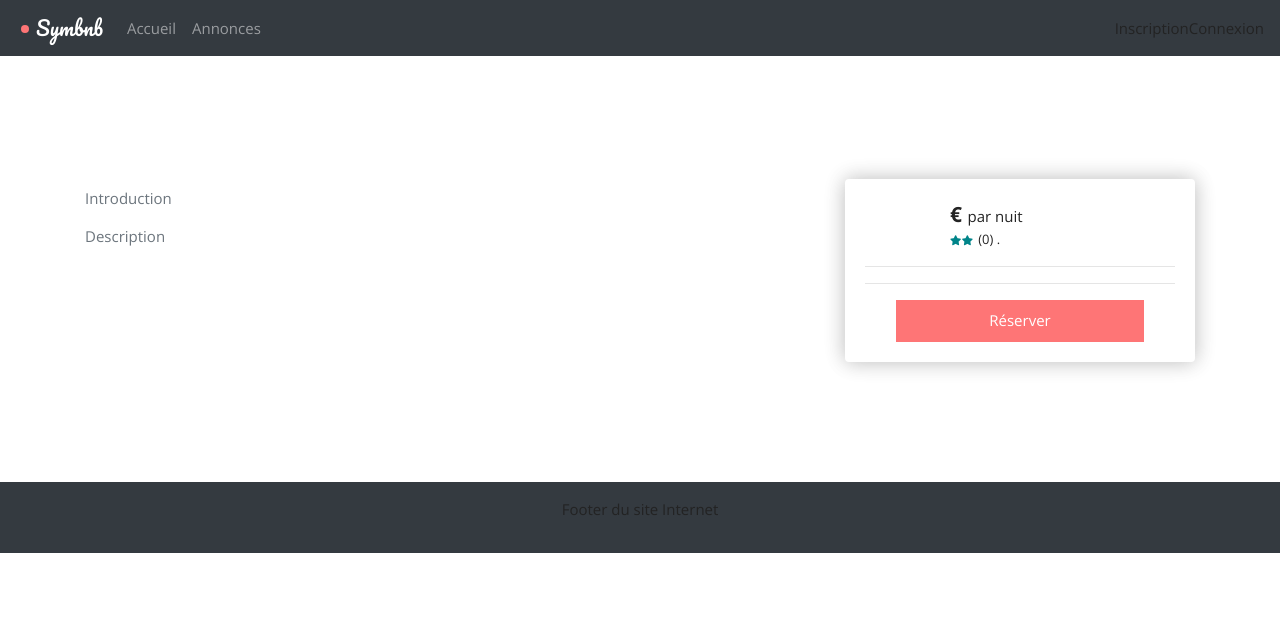
Repository: buzzEclair/symbnb
Page: templates/ad/show.html.twig
These files come from the project's save history. The page is drawn as it stood at one moment and after the next save; the edit follows.
The browser window is 1280 px wide. The pictures show the whole page.
The page is a Twig template of a Symfony application; nobody is signed in and links lead nowhere. The template is opened directly, without the code that normally fills it, so the values that code supplies are empty.

Above is the page before, as saved 2019-03-15 13:36:19.

### templates/ad/show.html.twig
{% extends 'base.html.twig' %}

{% block title %}{{ad.title}}{% endblock %}

{% block body %}

<div class="container">
    <div class="row">
        <div class="col-12 img-ad">
            <img src="{{ad.coverImage}}" alt="{{ad.slug}}">
        </div>
    </div>
    <div class="row ad-content">
        <div class="col-8 ad-info">
           <h5>{{ad.place}}</h5>
           <h4>{{ad.title}}</h4>
           <h6>{{ad.city}}</h6>
           <p class="text-muted">Introduction</p>
           <p>{{ad.content | raw}}</p>
           <p class="text-muted">Description</p>
           <p>{{ad.content | raw}}</p>
        </div>
        <div class="col-4">
            <div class="card card-booking">
                <div class="card-body">
                    <div class="row">
                        <div class="col-3 align-self-center">
                            <img class="img-ad-user" src="{{ad.author.picture}}" alt="">
                        </div>
                        <div class="col-8">
                            <div class="row">
                                <div class="col-12">
                                    <span class="price-booking">{{ad.price}}&euro; </span>par nuit
                                </div>
                            </div>
                            <a href="{{path('user_show', {'slug' : ad.author.slug})}}">
                                <div class="row">
                                    <div class="col-12 card-booking-stars">

                                        <span class="param-booking-stars">
                                            {% for i in 1..ad.avgRatings %}
                                                <i class="fas fa-star"></i>
                                            {% endfor %}

                                        </span>
                                        <span class="card-parameter-vote">({{ ad.comments | length }})</span> . <span class="card-parameter-rank">{{ad.author.slug}}</span>
                                    </div>
                                </div>
                            </a>
                        </div>
                    </div>
                    <hr />
                    <p>{{ad.author.description}}</p>
                    <hr/>
                    <div class="row">
                        <div class="col-12 center-block" align="center">

                            <a href="{{ path('booking_create', {'slug' : ad.slug}) }}" class="btn-booking">Réserver</a>
                        </div>
                    </div>
                </div>
            </div>
            <div id="carouselExampleIndicators" class="carousel slide w-100" data-ride="carousel">
                    <ol class="carousel-indicators">
                        {% for image in ad.images %}
                         <li data-target="#carouselExampleIndicators" data-slide-to="{{ loop.index0 }}" {% if loop.first %}class="active"{% endif %}></li>
                        {% endfor %}
                    </ol>
                    <div class="carousel-inner">
                        {% for image in ad.images %}
                            <div class="carousel-item {% if loop.first %}active{% endif %}">
                                <img class="d-block w-100" src="{{ image.url }}" alt="First slide">
                                <div class="carousel-caption d-none d-md-block">
                                    <h5>{{ ad.title }}</h5>
                                    <p>{{ image.caption }}</p>
                                </div>
                            </div>
                        {% endfor %}
                    </div>
                    <a class="carousel-control-prev" href="#carouselExampleIndicators" role="button" data-slide="prev">
                        <span class="carousel-control-prev-icon" aria-hidden="true"></span>
                        <span class="sr-only">Previous</span>
                    </a>
                    <a class="carousel-control-next" href="#carouselExampleIndicators" role="button" data-slide="next">
                        <span class="carousel-control-next-icon" aria-hidden="true"></span>
                        <span class="sr-only">Next</span>
                    </a>
            </div>
        </div>
    </div>

    <br>


    {% for comments in comment %}
        <div class="media media-comment">
            <img class="mr-3 rounded-circle" src="{{comments.author.picture}}" alt="{comments.author.slug}}">
            <div class="media-body">
                <h5 class="mt-0">{{comments.author.firstName}} a laissé un commentaire le {{comments.createdAt|date("m/d/Y")}} et une note de {% for i in 1..comments.rating %}
                        <i class="fas fa-star"></i>
                    {% endfor %}</h5>
                {{comments.content}}
            </div>
        </div>
    {% endfor %}

</div>



{% endblock %}

### templates/base.html.twig
<!DOCTYPE html>
<html>
    <head>
        <meta charset="UTF-8">
        <title>{% block title %}Welcome!{% endblock %}</title>
        <link rel="stylesheet" href="/css/bootstrap.min.css">
        <link rel="stylesheet" href="https://use.fontawesome.com/releases/v5.7.2/css/all.css" integrity="sha384-fnmOCqbTlWIlj8LyTjo7mOUStjsKC4pOpQbqyi7RrhN7udi9RwhKkMHpvLbHG9Sr" crossorigin="anonymous">
        <link href="https://fonts.googleapis.com/css?family=Open+Sans:400,600,700" rel="stylesheet">
        <link href="https://fonts.googleapis.com/css?family=Pacifico" rel="stylesheet">

        <link rel="stylesheet" href="/css/base.css">
        {% block stylesheets %}{% endblock %}
    </head>
    <body>

        {% include 'partials/header.html.twig' %}


        {% block body %}{% endblock %}
        {% include 'partials/footer.html.twig' %}
        <script src="/js/jquery.min.js"></script>
        <script src="/js/popper.min.js"></script>
        <script src="/js/bootstrap.min.js"></script>
        {% block javascripts %}{% endblock %}
    </body>
</html>

### templates/partials/header.html.twig
<nav class="navbar navbar-expand-md navbar-dark bg-dark">
    <a class="navbar-brand logo" href="{{path('homepage')}}"><span class="round-logo"></span>Symbnb</a>


    {% if is_granted('ROLE_ADMIN') %}
    <a href="{{path('admin_dashboard')}}">Dashboard</a>
    {% endif %}
    <button class="navbar-toggler" type="button" data-toggle="collapse" data-target="#navbarColor01" aria-controls="navbarColor01" aria-expanded="false" aria-label="Toggle navigation">
        <span class="navbar-toggler-icon"></span>
    </button>

    <div class="collapse navbar-collapse" id="navbarColor01">
        <ul class="navbar-nav mr-auto">
            <li class="">
                <a class="nav-link" href="{{path('homepage')}}">Accueil </a>
            </li>
            <li class="">
                <a class="nav-link" href="{{path('ads_index')}}">Annonces </a>
            </li>
        </ul>

        <ul class="navbar-nav ml-auto">
            {% if app.user %}
            <div class="dropdown">
                <button class="btn btn-dark dropdown-toggle btn-sm" type="button" id="dropdownMenuButton" data-toggle="dropdown" aria-haspopup="true" aria-expanded="false">
                    <img src="{{ app.user.picture }}" alt="{{ app.user.slug }}" class="rounded-circle user-avatar-nav" > {{app.user.firstName}}
                </button>
                <div class="dropdown-menu dropdown-menu-right dropdown-account" aria-labelledby="dropdownMenuButton ">
                    <a class="dropdown-item" href="{{ path('account_index') }}"><i class="fas fa-user-circle"></i> Mon compte</a>
                    <div class="dropdown-divider"></div>
                    <a class="dropdown-item" href="{{ path('ads_create') }}"><i class="fas fa-list-alt"></i> Créer une annonce</a>
                    <a class="dropdown-item" href="{{ path('account_bookings') }}"><i class="fas fa-book"></i> Mes réservations</a>
                    <a class="dropdown-item" href="{{ path('account_profile') }}"><i class="fas fa-info-circle"></i> Modifier mes informations</a>
                    <a class="dropdown-item" href="{{ path('account_update_password') }}"><i class="fas fa-key"></i> Changer de mot de passe</a>

                    <div class="dropdown-divider"></div>
                    <a class="dropdown-item" href="{{ path('account_logout') }}"><i class="fas fa-times-circle"></i> Logout</a>
                </div>
            </div>
            {% else %}
                <li class="nav-item">
                    <a href="{{ path('account_register') }}">Inscription</a>
                </li>
                <li class="nav-item">
                    <a href="{{ path('account_login') }}">Connexion</a>
                </li>
            {% endif %}

        </ul>

    </div>
</nav>

{% for label, messages in app.flashes %}
    <div class="container">
        <div class="alert alert-{{label}}">
            {% for message in messages %}
                <p>{{ message | raw }}</p>
            {% endfor %}
        </div>
    </div>
{% endfor %}

### templates/partials/footer.html.twig
<footer class="mt-5 bg-dark py-3 text-center mt-5">
    <p>Footer du site Internet</p>
</footer>

### public/css/base.css
body, a{
    color: #232323;
    font-family: 'Open Sans', sans-serif;
    font-size: 15px;
}

.logo{
    font-family: 'Pacifico', cursive;
    font-size: 20px;
    position: relative;
    margin-left: 20px;
}

.logo::before{
    content: '';
    position: absolute;
    width: 8px;
    height: 8px;
    border-radius: 100%;
    background: #fe7576;
    margin-top: 12px;
    margin-left: -15px;;
}

ul{
    padding: 0;
}

ul li{
    list-style: none;
}
.card-parameter-stars i{
    color: #008489;
    font-size: 12px;
    letter-spacing: -3px;
}

.datepicker table tr td.disabled{
    color: crimson !important;
    background: rgba(0, 0, 0, 0.815);
}

.container{
    margin-top: 50px;
}

.card{
    max-width: 270px;
    border: none;
    margin-bottom: 50px;
    box-shadow: 1px 1px 21px 0 rgba(0,0,0,0.14), -1px -1px 21px 0 rgba(0,0,0,0.14);
    transition-duration: 0.5s;
}

.card h6{
   font-size: 13px;
   font-weight: 600;
}

.card h5{
   font-size: 15px;
   font-weight: 900;
}

.card-ad img{
    min-height: 160px;
}

.card:hover{
    box-shadow: 1px 1px 21px rgba(254,117,118,0.4), -1px -1px 21px 0 rgba(254,117,118,0.4);
}

.card-info-1{
    font-size: 13px;
}

.card-info-2{
    font-size: 13px;
    font-weight: 600;
    margin-bottom: 0;
}

a:hover{
    text-decoration: none;
    color: #232323;
}

.title-page-header{
    margin-bottom: 40px;
}

.user-avatar-nav{
    width: 30px;
    margin-right: 5px;
}

.dropdown-account i {
    color: #008489;
}

.block-profile{
    box-shadow: 1px 1px 21px 0 rgba(0, 0, 0, 0.062), -1px -1px 21px 0 rgba(0, 0, 0, 0.062);
    border-radius: 4px;
    padding: 10px;
    margin-bottom: 30px;
}

.block-profile p{
    margin-bottom: 5px;
}

.block-profile .booking-profile .booking-profile-ligne{
    background: #f3f3f3;
    height: 80px;
    width: 100%;
    border-radius: 4px;
    display: flex;
    align-items: center;
    margin-bottom: 5px;
    margin-top: 5px;
}

.block-profile .booking-profile .booking-profile-ligne img{
    width: 60px;
    height: 60px;
    border-radius: 100%;
}

.block-profile .booking-profile .booking-profile-ligne .info-booking-profile{
    font-size: 11px;
    display: flex;
    flex-direction: column;
}

.block-profile .booking-profile .booking-profile-ligne .info-booking-profile span{
    margin-left: 10px;
}

.block-profile .booking-profile .booking-profile-ligne .info-booking-profile a{
    font-size: 10px;
    background: #fe7576;
    color: white;
}

.block-profile .ad-profile a img{
    width: 100px;
    height: 100px;
    border-radius: 100%;

}
.block-profile .ad-profile p{
    font-size: 13px;
    color: #008489;
}

.profile-option li{
    margin-top: 20px;
    font-size: 12px;
}

.ad-content{
    margin-top: 50px;
}

.ad-info h5{
    font-size: 15px;
    font-weight: 600;
}

.ad-info h4{
    font-size: 25px;
    font-weight: 900;
}

.ad-info h6{
    font-size: 15px;
}

.img-ad{
    padding:0;
}

.img-ad img{
   width: 100%;
}

.card-booking{
    max-width: 100%;
}

.card-booking .img-ad-user{
    height: 45px;
    border-radius: 100%;
}

span.price-booking{
    font-size: 21px;
    font-weight: 900;
}

.card-booking-stars{
    font-size: 13px;
}
.card-booking-stars .param-booking-stars i{
    color: #008489;
    font-size: 10px;
    letter-spacing: -3px;
}

.card-booking .card-parameter-vote{
    margin-left: 5px;
}

.btn-booking{
    display: block;
    background: #fe7576;
    height: 42px;
    width: 80%;
    color: white;
    text-align: center;
    line-height: 40px;
}

.btn-booking:hover{
    color: white;
}
.media-comment{
    margin-bottom: 20px;
}
.media-comment img{
    width: 64px;
}

.media-comment h5{
    font-size: 15px;
}

.media-comment i{
    font-size: 11px;
    letter-spacing: -3px;
    color: #008489;
}

Loaded but not shown: public/css/bootstrap.min.css (library); public/js/jquery.min.js (library); public/js/popper.min.js (library); public/js/bootstrap.min.js (library)

After the next save:
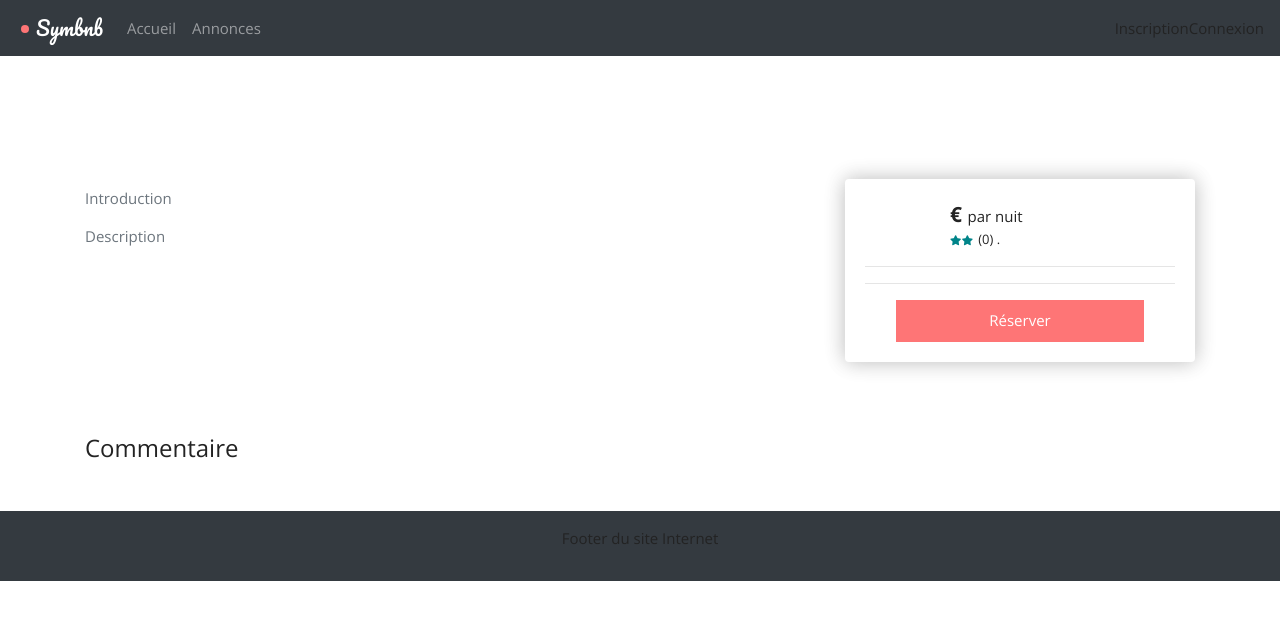
Saved 54 s later.
--- a/templates/ad/show.html.twig
+++ b/templates/ad/show.html.twig
@@ -91,7 +91,7 @@
 
     <br>
 
-
+    <h4>Commentaire </h4>
     {% for comments in comment %}
         <div class="media media-comment">
             <img class="mr-3 rounded-circle" src="{{comments.author.picture}}" alt="{comments.author.slug}}">
